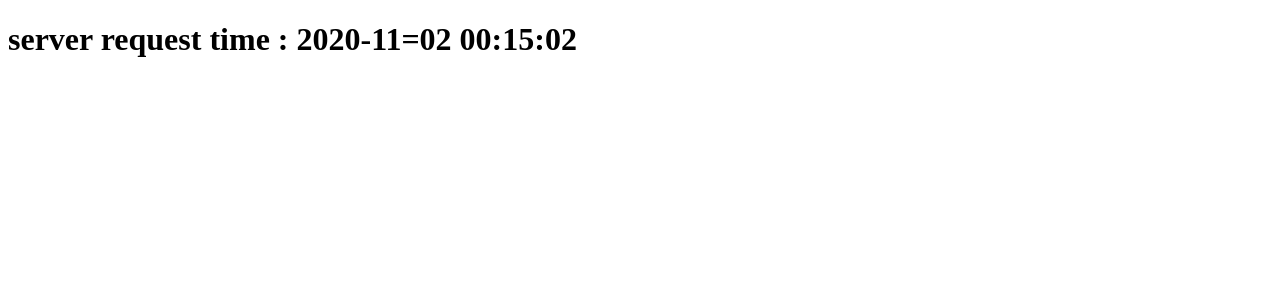
Repository: jjungee/DDIT-JSP
Page: http://localhost/JSP_JSTL/fmt/dateFormat.jsp
The author's editor kept a copy of each file at every save. The page is drawn from the files as they stood at one save, then again after the next save.
The browser window is 1280 px wide. The pictures show the whole page.
The page is served by Tomcat 9.

Above is the page before, as saved 2020-11-04 02:38:17.
Console error: ReferenceError: documente is not defined

### JSP_JSTL/WebContent/fmt/dateFormat.jsp
<%@ page import="java.util.Date" %>
<%@ page language="java" contentType="text/html; charset=UTF-8"
    pageEncoding="UTF-8"%>
<%@ page trimDirectiveWhitespaces="true"%>
<%@ taglib prefix="fmt" uri="http://java.sun.com/jsp/jstl/fmt" %>
<%@ taglib prefix="c" uri="http://java.sun.com/jsp/jstl/core" %>

<c:set var="today" value="<%=new Date() %>"/>

<!DOCTYPE html>
<html>
	<head>
		<meta charset="UTF-8">
		<title></title>
	</head>

	<body>
		<h1 id="time"></h1>
		<h1>server request time : <fmt:formatDate value="${today }" pattern="yyyy-MM=dd HH:mm:dd"/></h1>

<%-- 		<h1><fmt:formatDate value="${today }" pattern="yyyy-MM=dd HH:mm:dd"/> </h1> <!-- 대문자 D는 요일  HH는 24시간 형식 hh는 12시간 형식--> --%>
		<script type="text/javascript">
			var time = setInterval(function(){
				var today=new Date();
				var todayStr = today.getYear()+"/"+today.getMonth()+"-"+today.getDate() + " "
				+ today.getHours() + ":" + today.getMinutes();

				documente.getElementById("time").innerHTML=todayStr;
			}, 1000)
		</script>
	</body>
</html>

After the next save:
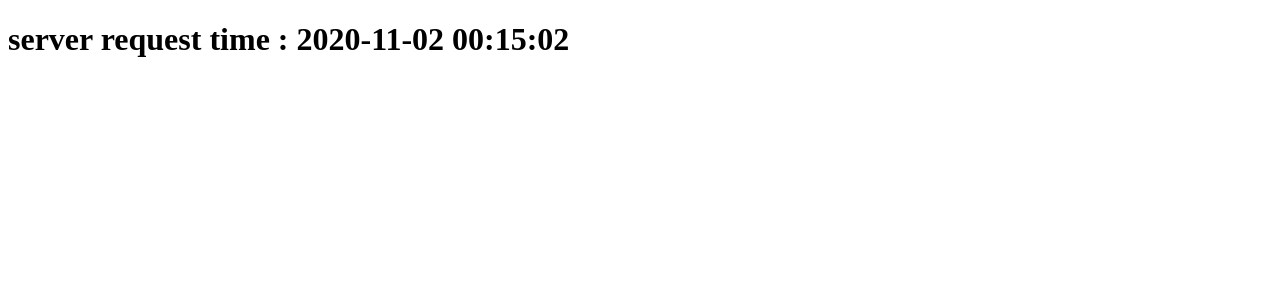
Saved 56 s later.
--- a/JSP_JSTL/WebContent/fmt/dateFormat.jsp
+++ b/JSP_JSTL/WebContent/fmt/dateFormat.jsp
@@ -16,7 +16,7 @@
 
 	<body>
 		<h1 id="time"></h1>
-		<h1>server request time : <fmt:formatDate value="${today }" pattern="yyyy-MM=dd HH:mm:dd"/></h1>
+		<h1>server request time : <fmt:formatDate value="${today }" pattern="yyyy-MM-dd HH:mm:dd"/></h1>
 
 <%-- 		<h1><fmt:formatDate value="${today }" pattern="yyyy-MM=dd HH:mm:dd"/> </h1> <!-- 대문자 D는 요일  HH는 24시간 형식 hh는 12시간 형식--> --%>
 		<script type="text/javascript">
